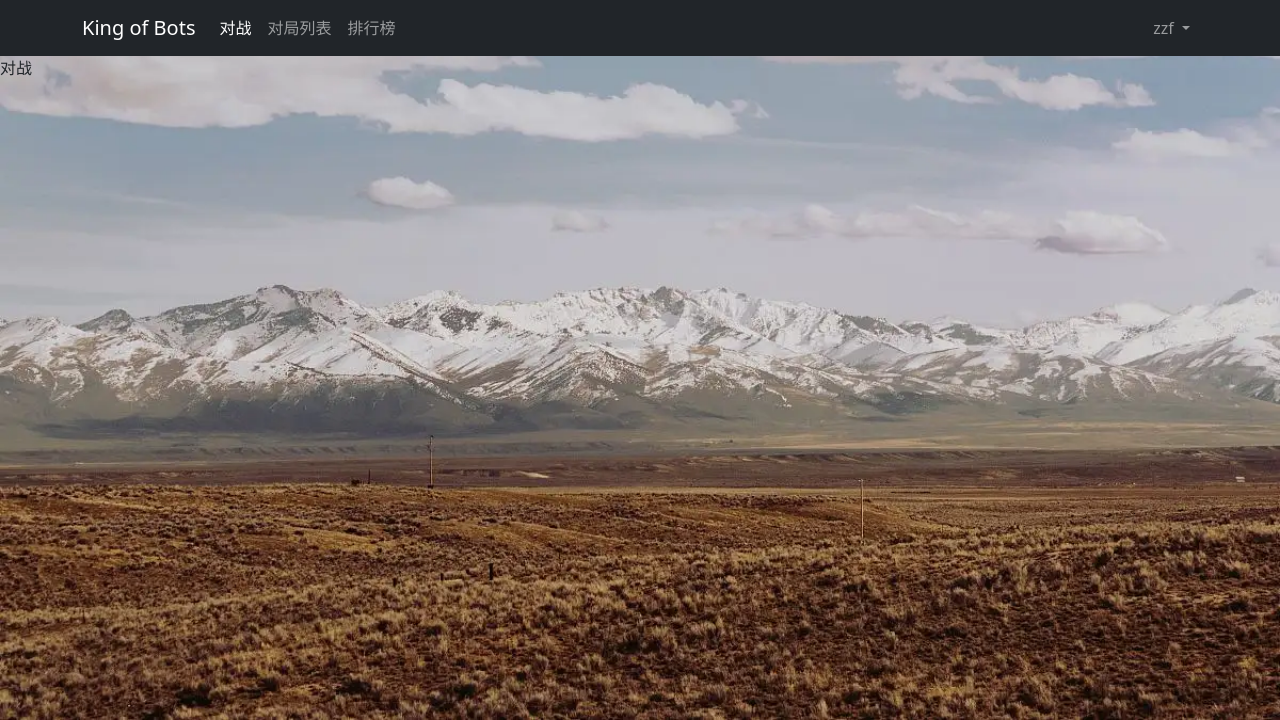
Repository: Chasingwind-Z/Kob
Page: / (app in web/)
These files come from the project's save history. The page is drawn as it stood at one moment and after the next save; the edit follows.
The browser window is 1280 px wide. The pictures show the whole page.
The project was rebuilt for these pictures with package versions that can differ from the ones it lists, and the page was loaded fresh each time. Also part of the build but not shown: web/vue.config.js, web/src/components/ContentField.vue, web/src/views/record/RecordIndexView.vue, web/src/views/ranklist/RanklistIndexView.vue, web/src/views/user/bot/UserBotIndexView.vue, web/src/views/error/NotFound.vue.

Above is the page before, as saved 2023-02-09 21:38:20.

After the next save:
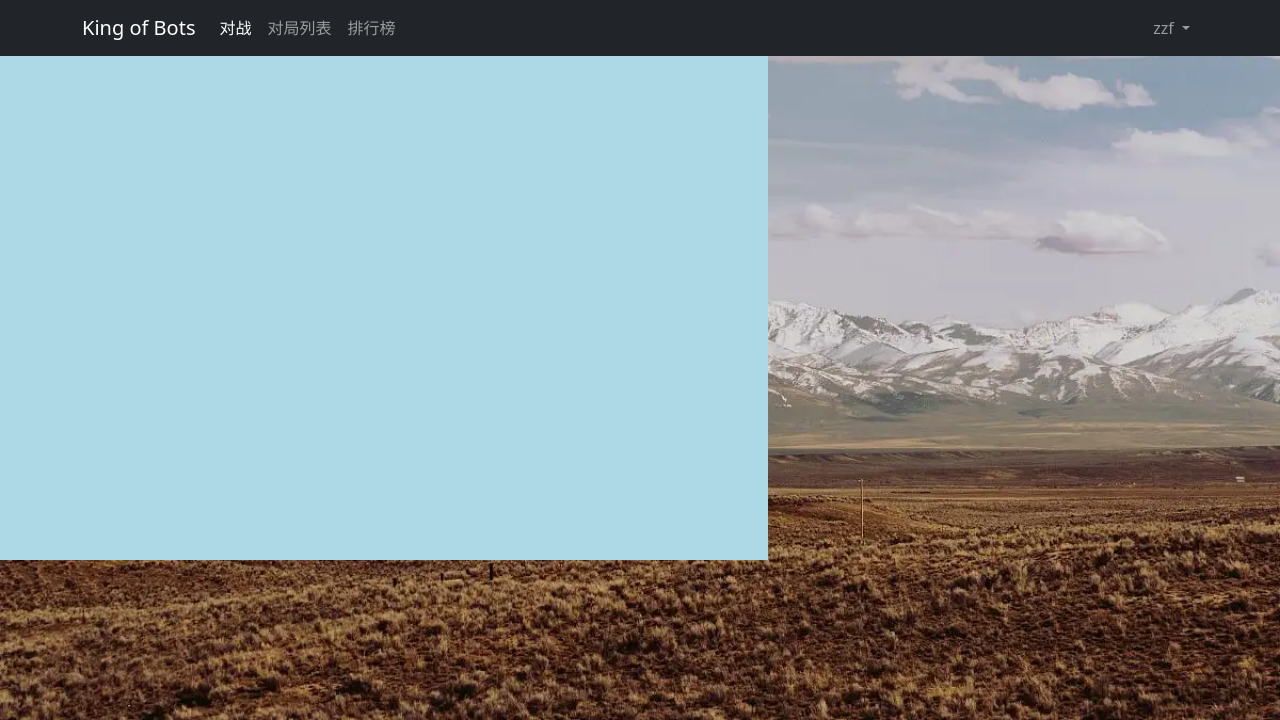
Saved 86 s later.
--- a/web/src/views/pk/PkIndexView.vue
+++ b/web/src/views/pk/PkIndexView.vue
@@ -1,11 +1,13 @@
-<template>对战</template>
+<template>
+  <PlayGround> 对战 </PlayGround>
+</template>
 
 <script>
-import ContentField from "../../components/ContentField.vue";
+import PlayGround from "../../components/PlayGround.vue";
 
 export default {
   components: {
-    ContentField,
+    PlayGround,
   },
 };
 </script>
